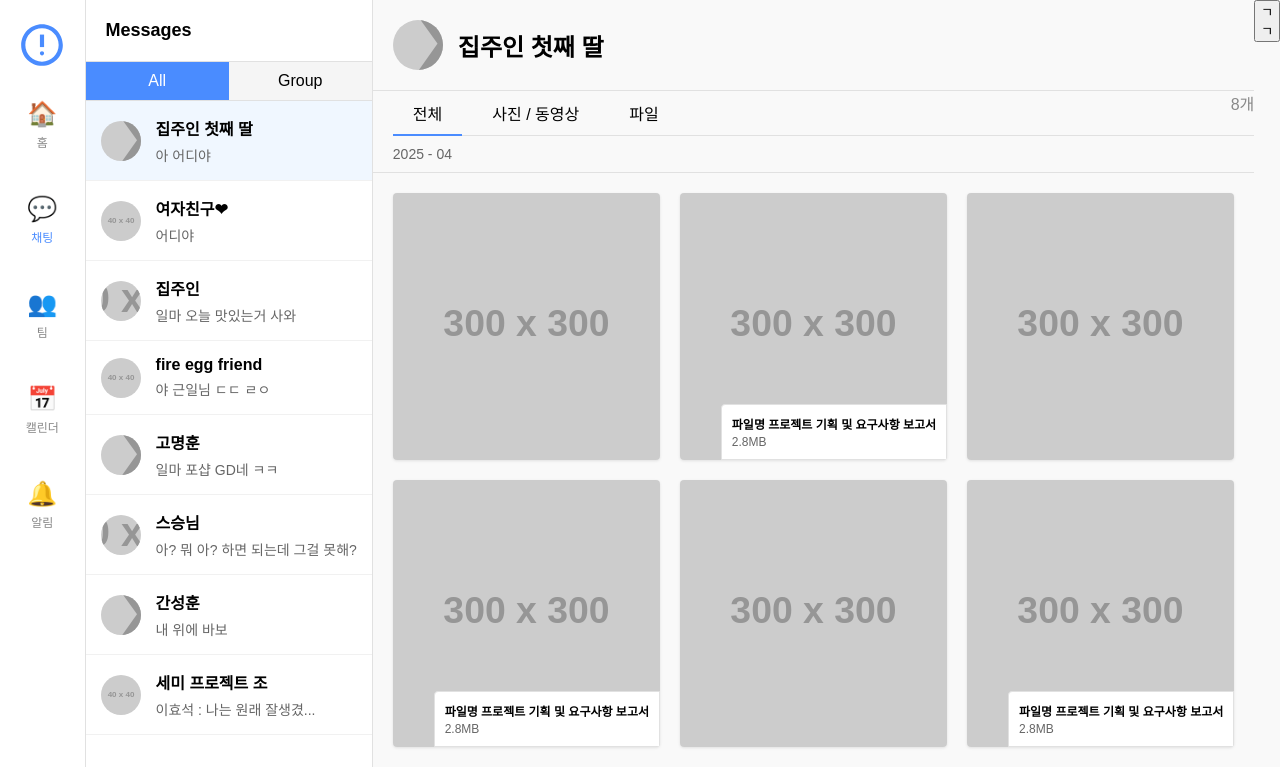
Repository: 1400CP/99_spring-test
Page: http://localhost/Test/
An editor plug-in stored every save of this project. The page is shown before and after the next save, followed by the edit.
The browser window is 1280 px wide. The pictures show the whole page.
Pictures or frames that could not be fetched are drawn as grey boxes. The page is served by Tomcat 9. Other server files are loaded and not shown. The template is opened directly, without the code that normally fills it, so the values that code supplies are empty.

Above is the page before, as saved 2025-04-21 08:35:12.
Console error: SyntaxError: missing ) after argument list

### Test/src/main/webapp/index.jsp
<%@ page language="java" contentType="text/html; charset=UTF-8"
    pageEncoding="UTF-8"%>
<!DOCTYPE html>
<html>
<head>
<meta charset="UTF-8">
<title>Insert title here</title>
</head>
<body>
	<jsp:include page="final_drawer1.jsp" />

	<form action="earth.bo">
		<button type=submit>ㄱㄱ</button>
	</form>
	<script>
	$.ajax
		(
		url:earth.bo,
		success:function(result){
			console.log("result")
		},
		error:function(){
			console.log("ajax실패")
		}
		)

	</script>

</body>
</html>

### Test/src/main/webapp/final_drawer1.jsp
<%@ page language="java" contentType="text/html; charset=UTF-8"
    pageEncoding="UTF-8"%>
<!DOCTYPE html>
<html lang="ko">
<head>
    <meta charset="UTF-8">
    <meta name="viewport" content="width=device-width, initial-scale=1.0">
    <title>메시지 갤러리</title>
    <style>
        * {
            margin: 0;
            padding: 0;
            box-sizing: border-box;
            font-family: 'Apple SD Gothic Neo', 'Noto Sans KR', sans-serif;
        }

        body {
            display: flex;
            background-color: #f9f9f9;
            min-height: 100vh;
        }

        /* 왼쪽 사이드바 */
        .sidebar {
            width: 95px;
            background-color: white;
            border-right: 1px solid #e1e1e1;
            display: flex;
            flex-direction: column;
            align-items: center;
            padding: 20px 0;
        }

        .sidebar-logo {
            width: 50px;
            height: 50px;
            margin-bottom: 20px;
        }

        .sidebar-menu {
            display: flex;
            flex-direction: column;
            align-items: center;
            gap: 25px;
            width: 100%;
        }

        .menu-item {
            display: flex;
            flex-direction: column;
            align-items: center;
            justify-content: center;
            width: 100%;
            padding: 10px 0;
            color: #888;
            font-size: 12px;
            text-decoration: none;
        }

        .menu-item.active {
            color: #4a8cff;
        }

        .menu-icon {
            font-size: 24px;
            margin-bottom: 5px;
        }

        /* 메시지 목록 사이드바 */
        .message-sidebar {
            width: 300px;
            background-color: white;
            border-right: 1px solid #e1e1e1;
            display: flex;
            flex-direction: column;
        }

        .message-header {
            padding: 20px;
            border-bottom: 1px solid #e1e1e1;
            font-size: 18px;
            font-weight: bold;
        }

        .message-tabs {
            display: flex;
            border-bottom: 1px solid #e1e1e1;
        }

        .tab {
            flex: 1;
            padding: 10px;
            text-align: center;
            background-color: #f5f5f5;
            cursor: pointer;
        }

        .tab.active {
            background-color: #4a8cff;
            color: white;
        }

        .message-list {
            overflow-y: auto;
            flex-grow: 1;
        }

        .message-item {
            padding: 15px;
            border-bottom: 1px solid #f1f1f1;
            display: flex;
            align-items: center;
            cursor: pointer;
        }

        .message-item:hover {
            background-color: #f9f9f9;
        }

        .message-item.active {
            background-color: #f0f7ff;
        }

        .profile-img {
            width: 40px;
            height: 40px;
            border-radius: 50%;
            margin-right: 15px;
            overflow: hidden;
        }

        .profile-img img {
            width: 100%;
            height: 100%;
            object-fit: cover;
        }

        .message-info {
            flex-grow: 1;
        }

        .message-name {
            font-weight: bold;
            margin-bottom: 5px;
        }

        .message-preview {
            color: #666;
            font-size: 14px;
            white-space: nowrap;
            overflow: hidden;
            text-overflow: ellipsis;
        }

        /* 메인 콘텐츠 영역 */
        .main-content {
            flex-grow: 1;
            display: flex;
            flex-direction: column;
            overflow: hidden;
        }

        .gallery-header {
            padding: 20px;
            border-bottom: 1px solid #e1e1e1;
            display: flex;
            align-items: center;
        }

        .gallery-profile {
            display: flex;
            align-items: center;
        }

        .gallery-profile-img {
            width: 50px;
            height: 50px;
            border-radius: 50%;
            margin-right: 15px;
            overflow: hidden;
        }

        .gallery-profile-img img {
            width: 100%;
            height: 100%;
            object-fit: cover;
        }

        .gallery-tabs {
            display: flex;
            margin-left: 20px;
            border-bottom: 1px solid #e1e1e1;
        }

        .gallery-tab {
            padding: 10px 20px;
            cursor: pointer;
            margin-right: 10px;
            position: relative;
        }

        .gallery-tab.active::after {
            content: '';
            position: absolute;
            bottom: -1px;
            left: 0;
            width: 100%;
            height: 2px;
            background-color: #4a8cff;
        }

        .gallery-count {
            margin-left: auto;
            color: #888;
        }

        .gallery-date {
            padding: 10px 20px;
            color: #666;
            font-size: 14px;
            border-bottom: 1px solid #e1e1e1;
        }

        .gallery-grid {
            display: grid;
            grid-template-columns: repeat(3, 1fr);
            gap: 20px;
            padding: 20px;
            overflow-y: auto;
        }

        .gallery-item {
            position: relative;
            aspect-ratio: 1 / 1;
            overflow: hidden;
            border-radius: 4px;
            box-shadow: 0 1px 3px rgba(0, 0, 0, 0.1);
        }

        .gallery-item img {
            width: 100%;
            height: 100%;
            object-fit: cover;
        }

        .file-info {
            position: absolute;
            bottom: 0;
            right: 0;
            background-color: white;
            padding: 10px;
            border-top-left-radius: 4px;
            font-size: 12px;
            border: 1px solid #e1e1e1;
        }

        .file-title {
            font-weight: bold;
            margin-bottom: 3px;
        }

        .file-size {
            color: #666;
        }
    </style>
</head>
<body>
    <!-- 왼쪽 사이드바 -->
    <div class="sidebar">
        <div class="sidebar-logo">
            <svg viewBox="0 0 24 24" fill="#4a8cff">
                <path d="M12,2C6.486,2,2,6.486,2,12s4.486,10,10,10s10-4.486,10-10S17.514,2,12,2z M12,20c-4.411,0-8-3.589-8-8s3.589-8,8-8 s8,3.589,8,8S16.411,20,12,20z"/>
                <path d="M13,7h-2v6h2V7z"/>
                <path d="M12,17L12,17c0.552,0,1-0.448,1-1v0c0-0.552-0.448-1-1-1h0c-0.552,0-1,0.448-1,1v0C11,16.552,11.448,17,12,17z"/>
            </svg>
        </div>
        <div class="sidebar-menu">
            <a href="#" class="menu-item">
                <div class="menu-icon">🏠</div>
                <div>홈</div>
            </a>
            <a href="#" class="menu-item active">
                <div class="menu-icon">💬</div>
                <div>채팅</div>
            </a>
            <a href="#" class="menu-item">
                <div class="menu-icon">👥</div>
                <div>팀</div>
            </a>
            <a href="#" class="menu-item">
                <div class="menu-icon">📅</div>
                <div>캘린더</div>
            </a>
            <a href="#" class="menu-item">
                <div class="menu-icon">🔔</div>
                <div>알림</div>
            </a>
        </div>
    </div>

    <!-- 메시지 목록 사이드바 -->
    <div class="message-sidebar">
        <div class="message-header">Messages</div>
        <div class="message-tabs">
            <div class="tab active">All</div>
            <div class="tab">Group</div>
        </div>
        <div class="message-list">
            <div class="message-item active">
                <div class="profile-img">
                    <img src="https://via.placeholder.com/40/4a8cff/ffffff?text=팀" alt="프로필">
                </div>
                <div class="message-info">
                    <div class="message-name">집주인 첫째 딸</div>
                    <div class="message-preview">아 어디야</div>
                </div>
            </div>
            <div class="message-item">
                <div class="profile-img">
                    <img src="https://via.placeholder.com/40/ff4a8c/ffffff?text=여" alt="프로필">
                </div>
                <div class="message-info">
                    <div class="message-name">여자친구❤</div>
                    <div class="message-preview">어디야</div>
                </div>
            </div>
            <div class="message-item">
                <div class="profile-img">
                    <img src="https://via.placeholder.com/40/8cff4a/000000?text=집" alt="프로필">
                </div>
                <div class="message-info">
                    <div class="message-name">집주인</div>
                    <div class="message-preview">일마 오늘 맛있는거 사와</div>
                </div>
            </div>
            <div class="message-item">
                <div class="profile-img">
                    <img src="https://via.placeholder.com/40/ff8c4a/ffffff?text=F" alt="프로필">
                </div>
                <div class="message-info">
                    <div class="message-name">fire egg friend</div>
                    <div class="message-preview">야 근일님 ㄷㄷ ㄹㅇ</div>
                </div>
            </div>
            <div class="message-item">
                <div class="profile-img">
                    <img src="https://via.placeholder.com/40/4aff8c/000000?text=GD" alt="프로필">
                </div>
                <div class="message-info">
                    <div class="message-name">고명훈</div>
                    <div class="message-preview">일마 포샵 GD네 ㅋㅋ</div>
                </div>
            </div>
            <div class="message-item">
                <div class="profile-img">
                    <img src="https://via.placeholder.com/40/8c4aff/ffffff?text=AI" alt="프로필">
                </div>
                <div class="message-info">
                    <div class="message-name">스승님</div>
                    <div class="message-preview">아? 뭐 아? 하면 되는데 그걸 못해?</div>
                </div>
            </div>
            <div class="message-item">
                <div class="profile-img">
                    <img src="https://via.placeholder.com/40/4a8cff/ffffff?text=간" alt="프로필">
                </div>
                <div class="message-info">
                    <div class="message-name">간성훈</div>
                    <div class="message-preview">내 위에 바보</div>
                </div>
            </div>
            <div class="message-item">
                <div class="profile-img">
                    <img src="https://via.placeholder.com/40/ffd700/000000?text=새" alt="프로필">
                </div>
                <div class="message-info">
                    <div class="message-name">세미 프로젝트 조</div>
                    <div class="message-preview">이효석 : 나는 원래 잘생겼...</div>
                </div>
            </div>
        </div>
    </div>

    <!-- 메인 콘텐츠 -->
    <div class="main-content">
        <div class="gallery-header">
            <div class="gallery-profile">
                <div class="gallery-profile-img">
                    <img src="https://via.placeholder.com/50/4a8cff/ffffff?text=팀" alt="프로필">
                </div>
                <h2>집주인 첫째 딸</h2>
            </div>
        </div>
        <div class="gallery-tabs">
            <div class="gallery-tab active">전체</div>
            <div class="gallery-tab">사진 / 동영상</div>
            <div class="gallery-tab">파일</div>
            <div class="gallery-count">8개</div>
        </div>
        <div class="gallery-date">2025 - 04</div>
        <div class="gallery-grid">
            <!-- 갤러리 아이템 1 -->
            <div class="gallery-item">
                <img src="https://via.placeholder.com/300/eeeeee/888888?text=Image" alt="이미지">
            </div>
            <!-- 갤러리 아이템 2 -->
            <div class="gallery-item">
                <img src="https://via.placeholder.com/300/ffefef/888888?text=Image+2" alt="이미지">
                <div class="file-info">
                    <div class="file-title">파일명 프로젝트 기획 및 요구사항 보고서</div>
                    <div class="file-size">2.8MB</div>
                </div>
            </div>
            <!-- 갤러리 아이템 3 -->
            <div class="gallery-item">
                <img src="https://via.placeholder.com/300/eeeeee/888888?text=Image" alt="이미지">
            </div>
            <!-- 갤러리 아이템 4 -->
            <div class="gallery-item">
                <img src="https://via.placeholder.com/300/ffefef/888888?text=Image+2" alt="이미지">
                <div class="file-info">
                    <div class="file-title">파일명 프로젝트 기획 및 요구사항 보고서</div>
                    <div class="file-size">2.8MB</div>
                </div>
            </div>
            <!-- 갤러리 아이템 5 -->
            <div class="gallery-item">
                <img src="https://via.placeholder.com/300/eeeeee/888888?text=Image" alt="이미지">
            </div>
            <!-- 갤러리 아이템 6 -->
            <div class="gallery-item">
                <img src="https://via.placeholder.com/300/ffefef/888888?text=Image+2" alt="이미지">
                <div class="file-info">
                    <div class="file-title">파일명 프로젝트 기획 및 요구사항 보고서</div>
                    <div class="file-size">2.8MB</div>
                </div>
            </div>
        </div>
    </div>

    <script>
        document.addEventListener('DOMContentLoaded', function() {
            // 탭 전환 기능
            const tabs = document.querySelectorAll('.tab');
            tabs.forEach(tab => {
                tab.addEventListener('click', function() {
                    tabs.forEach(t => t.classList.remove('active'));
                    this.classList.add('active');
                });
            });

            const galleryTabs = document.querySelectorAll('.gallery-tab');
            galleryTabs.forEach(tab => {
                tab.addEventListener('click', function() {
                    galleryTabs.forEach(t => t.classList.remove('active'));
                    this.classList.add('active');
                });
            });

            // 메시지 항목 클릭 이벤트
            const messageItems = document.querySelectorAll('.message-item');
            messageItems.forEach(item => {
                item.addEventListener('click', function() {
                    messageItems.forEach(i => i.classList.remove('active'));
                    this.classList.add('active');

                    // 여기에 메시지 선택 시 갤러리 로드 기능을 추가할 수 있습니다
                    const name = this.querySelector('.message-name').textContent;
                    document.querySelector('.gallery-profile h2').textContent = name;
                });
            });
        });
    </script>
</body>
</html>

Loaded but not shown: Test/src/main/webapp/final_calender1.jsp (802 lines, source omitted)

After the next save:
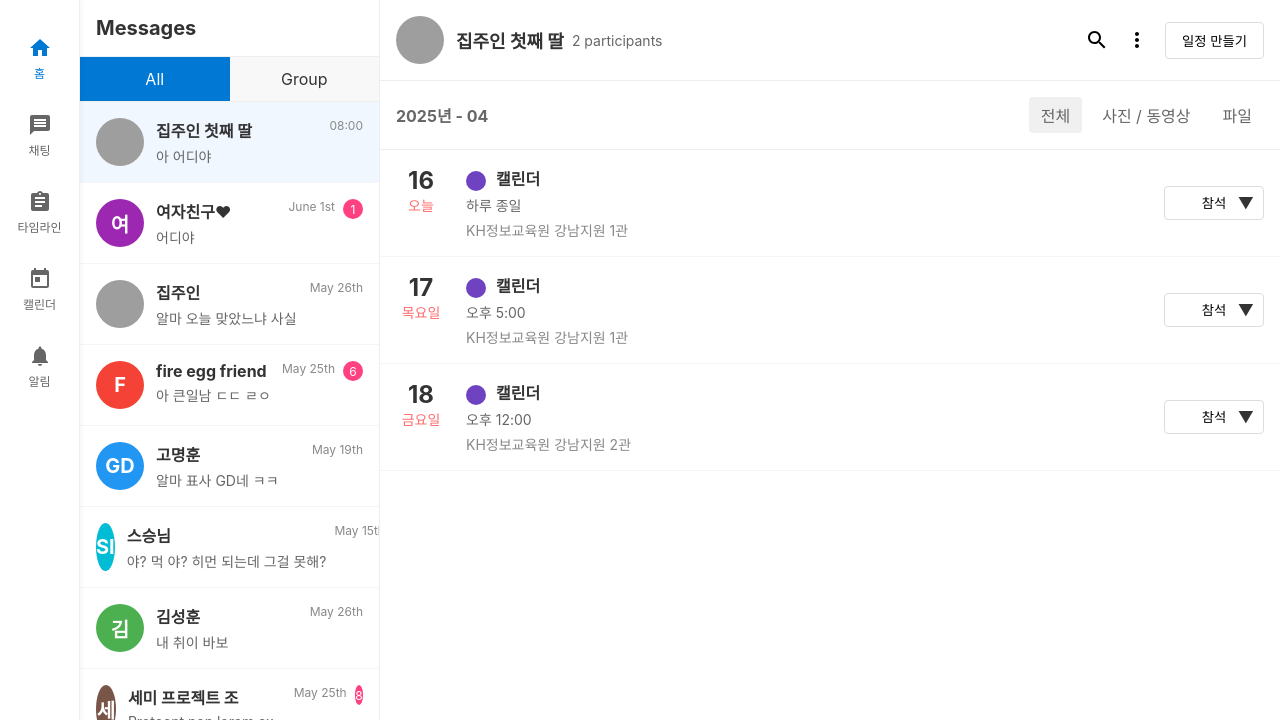
Console error: SyntaxError: Unexpected identifier 'action'
Saved 104 s later.
--- a/Test/src/main/webapp/index.jsp
+++ b/Test/src/main/webapp/index.jsp
@@ -7,7 +7,7 @@
 <title>Insert title here</title>
 </head>
 <body>
-	<jsp:include page="final_drawer1.jsp" />
+	<jsp:include page="final_calender1.jsp" />
 
 	<form action="earth.bo">
 		<button type=submit>ㄱㄱ</button>
